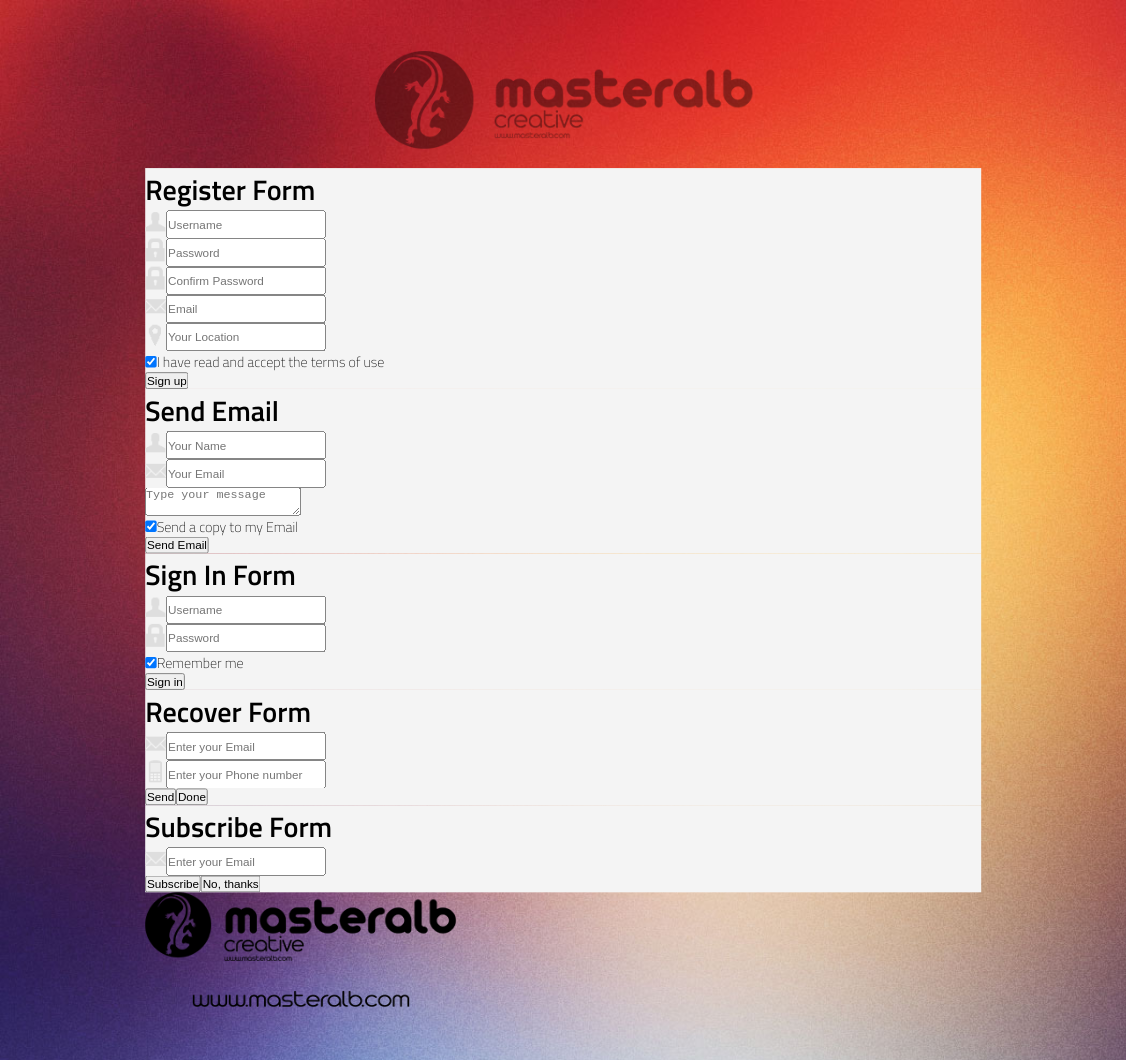
Repository: achwesiuk/PSD-Masteralb
Page: index.html
An editor plug-in stored every save of this project. The page is shown before and after the next save, followed by the edit.
The browser window is 1280 px wide. The pictures show the whole page, at 88% of full size.
Backgrounds fixed to the window are drawn as part of the page. The style sheet was rebuilt from its Sass, Less or Tailwind sources for each picture, by a compiler version that may differ from the author's.

Above is the page before, as saved 2021-03-12 16:17:46.

After the next save:
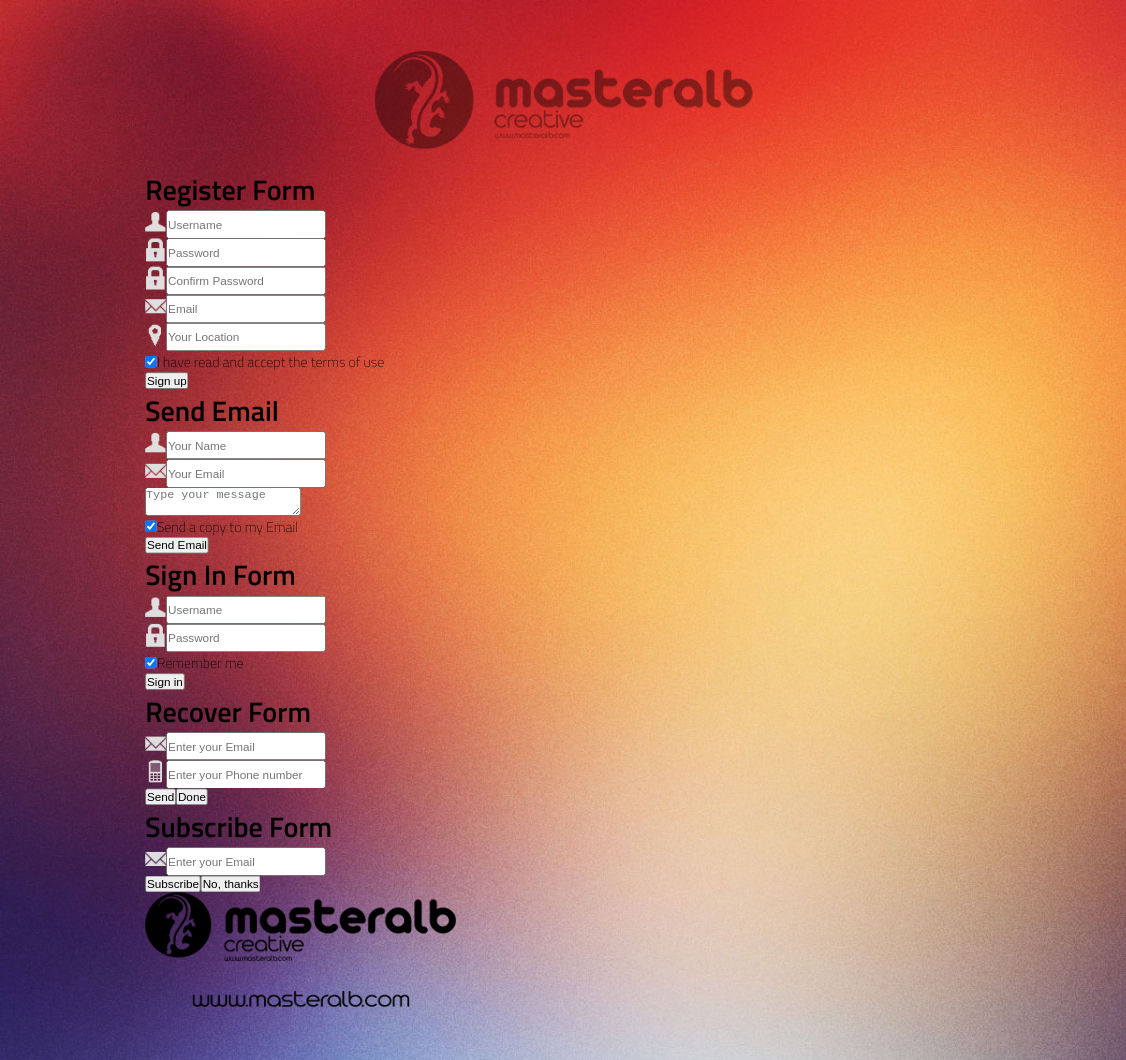
Saved 23 s later.
--- a/sass/main.scss
+++ b/sass/main.scss
@@ -54,7 +54,7 @@
 .form {
     flex: 1;
 
-    background-color: #f4f4f4;
+    background-color: --color-primary-2;
 
     &__header {
         font-size: 3.2rem;

After the save that followed:
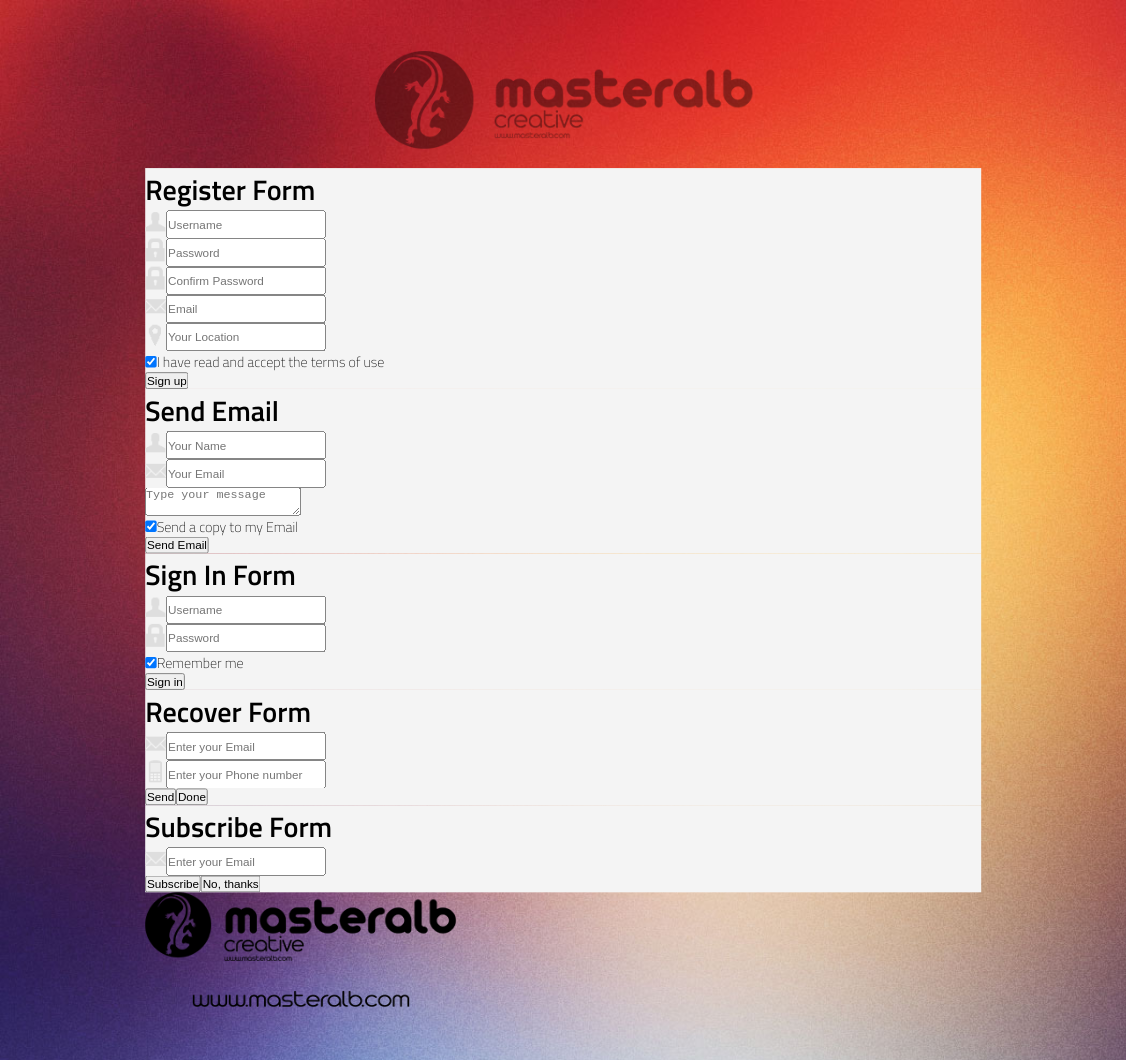
Saved 45 s later.
--- a/sass/main.scss
+++ b/sass/main.scss
@@ -54,7 +54,7 @@
 .form {
     flex: 1;
 
-    background-color: --color-primary-2;
+    background-color: var(--color-primary-2);
 
     &__header {
         font-size: 3.2rem;
